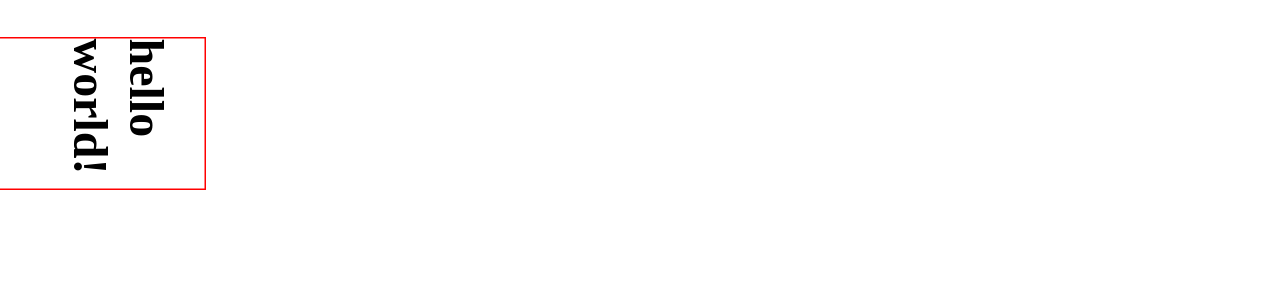
Repository: XiaoSheng-hub/vue_study
Page: css基础/Demo09.html
The author's editor kept a copy of each file at every save. The page is drawn from the files as they stood at one save, then again after the next save.
The browser window is 1280 px wide. The pictures show the whole page.

Above is the page before, as saved 2022-03-29 13:55:47.

After the next save:
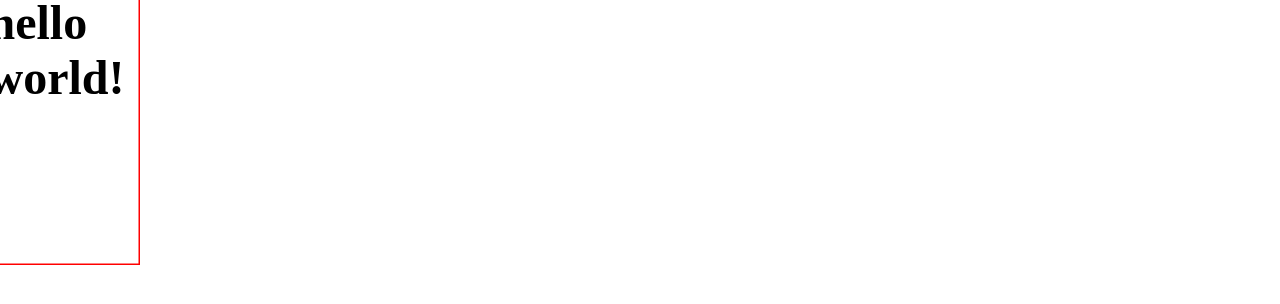
Saved 71 s later.
--- a/css基础/Demo09.html
+++ b/css基础/Demo09.html
@@ -12,7 +12,7 @@
             border: 1px solid red;
             /* border-radius: 50px;
             box-shadow: 10px 50px 20px blue; */
-            transform: rotate(90deg) scale(1.5) translate(3px,3px);
+            transform: scale(1.5) translate(3px,3px);
         }
     </style>
 </head>
